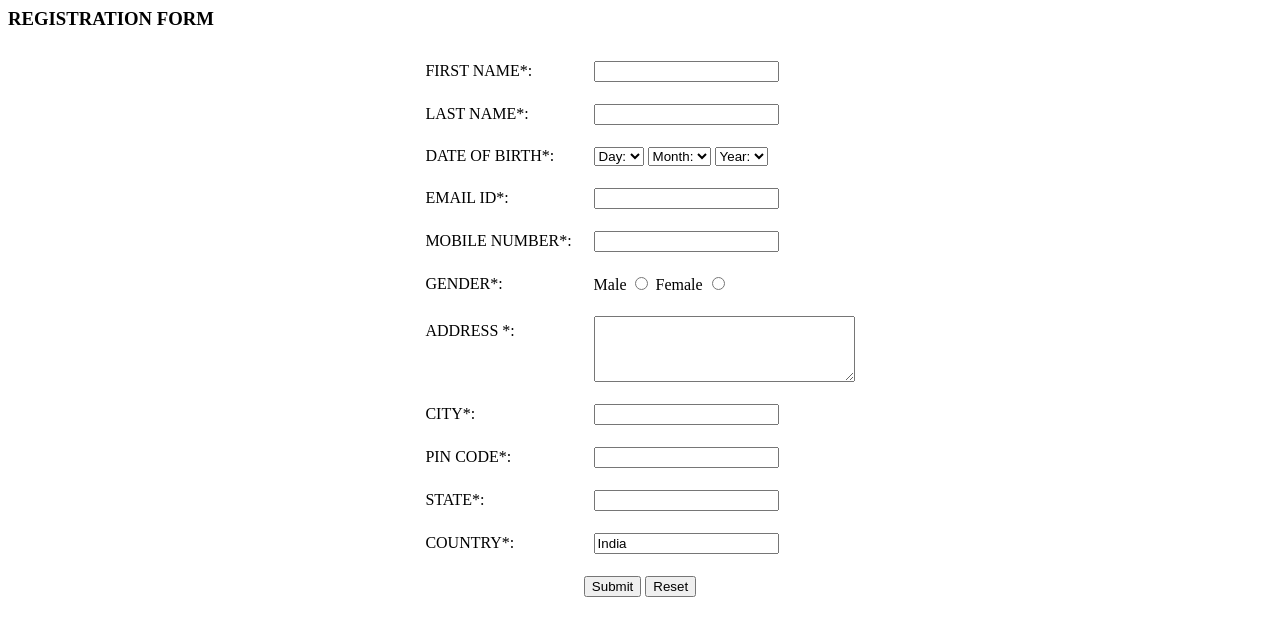
Repository: varshaumeshhs55/ServletProject
Page: LoginRegistrationApp/WebContent/index5.html
These files come from the project's save history. The page is drawn as it stood at one moment and after the next save; the edit follows.
The browser window is 1280 px wide. The pictures show the whole page.

Above is the page before, as saved 2019-01-22 10:49:40.

### LoginRegistrationApp/WebContent/index5.html
<html>
<head>
<title>Registration Form</title>

</head>

<body>
<h3>REGISTRATION FORM</h3>


<table align="center" cellpadding = "10">

<!----- First Name ---------------------------------------------------------->
<tr>
<td>FIRST NAME*:</td>
<td><input type="text" name="First_Name" >

</td>
</tr>

<!----- Last Name ---------------------------------------------------------->
<tr>
<td>LAST NAME*:</td>
<td><input type="text" name="Last_Name" >

</td>
</tr>

<!----- Date Of Birth -------------------------------------------------------->
<tr>
<td>DATE OF BIRTH*:</td>

<td>
<select name="Birthday_day" id="Birthday_Day">
<option value="-1">Day:</option>
<option value="1">1</option>
<option value="2">2</option>
<option value="3">3</option>

<option value="4">4</option>
<option value="5">5</option>
<option value="6">6</option>
<option value="7">7</option>
<option value="8">8</option>
<option value="9">9</option>
<option value="10">10</option>
<option value="11">11</option>
<option value="12">12</option>

<option value="13">13</option>
<option value="14">14</option>
<option value="15">15</option>
<option value="16">16</option>
<option value="17">17</option>
<option value="18">18</option>
<option value="19">19</option>
<option value="20">20</option>
<option value="21">21</option>

<option value="22">22</option>
<option value="23">23</option>
<option value="24">24</option>
<option value="25">25</option>
<option value="26">26</option>
<option value="27">27</option>
<option value="28">28</option>
<option value="29">29</option>
<option value="30">30</option>

<option value="31">31</option>
</select>

<select id="Birthday_Month" name="Birthday_Month">
<option value="-1">Month:</option>
<option value="January">Jan</option>
<option value="February">Feb</option>
<option value="March">Mar</option>
<option value="April">Apr</option>
<option value="May">May</option>
<option value="June">Jun</option>
<option value="July">Jul</option>
<option value="August">Aug</option>
<option value="September">Sep</option>
<option value="October">Oct</option>
<option value="November">Nov</option>
<option value="December">Dec</option>
</select>

<select name="Birthday_Year" id="Birthday_Year">

<option value="-1">Year:</option>
<option value="2012">2012</option>
<option value="2011">2011</option>
<option value="2010">2010</option>
<option value="2009">2009</option>
<option value="2008">2008</option>
<option value="2007">2007</option>
<option value="2006">2006</option>
<option value="2005">2005</option>
<option value="2004">2004</option>
<option value="2003">2003</option>
<option value="2002">2002</option>
<option value="2001">2001</option>
<option value="2000">2000</option>

<option value="1999">1999</option>
<option value="1998">1998</option>
<option value="1997">1997</option>
<option value="1996">1996</option>
<option value="1995">1995</option>
<option value="1994">1994</option>
<option value="1993">1993</option>
<option value="1992">1992</option>
<option value="1991">1991</option>
<option value="1990">1990</option>

<option value="1989">1989</option>
<option value="1988">1988</option>
<option value="1987">1987</option>
<option value="1986">1986</option>
<option value="1985">1985</option>
<option value="1984">1984</option>
<option value="1983">1983</option>
<option value="1982">1982</option>
<option value="1981">1981</option>
<option value="1980">1980</option>
</select>
</td>
</tr>

<!----- Email Id ---------------------------------------------------------->
<tr>
<td>EMAIL ID*:</td>
<td><input type="text" name="Email_Id"></td>
</tr>

<!----- Mobile Number ---------------------------------------------------------->
<tr>
<td>MOBILE NUMBER*:</td>
<td>
<input type="text" name="Mobile_Number">

</td>
</tr>

<!----- Gender ----------------------------------------------------------->
<tr>
<td>GENDER*:</td>
<td>
Male <input type="radio" name="Gender" value="Male" />
Female <input type="radio" name="Gender" value="Female" />
</td>
</tr>

<!----- Address ---------------------------------------------------------->
<tr>
<td>ADDRESS *:<br /><br /><br /></td>
<td><textarea name="Address" rows="4" cols="30"></textarea></td>
</tr>

<!----- City ---------------------------------------------------------->
<tr>
<td>CITY*:</td>
<td><input type="text" name="City" >

</td>
</tr>

<!----- Pin Code ---------------------------------------------------------->
<tr>
<td>PIN CODE*:</td>
<td><input type="text" name="Pin_Code">

</td>
</tr>

<!----- State ---------------------------------------------------------->
<tr>
<td>STATE*:</td>
<td><input type="text" name="State">

</td>
</tr>

<!----- Country ---------------------------------------------------------->
<tr>
<td>COUNTRY*:</td>
<td><input type="text" name="Country" value="India" readonly="readonly" /></td>
</tr>


<!----- Submit and Reset ------------------------------------------------->
<tr>
<td colspan="2" align="center">
<input type="submit" value="Submit">
<input type="reset" value="Reset">
</td>
</tr>
</table>

</form>

</body>
</html>

After the next save:
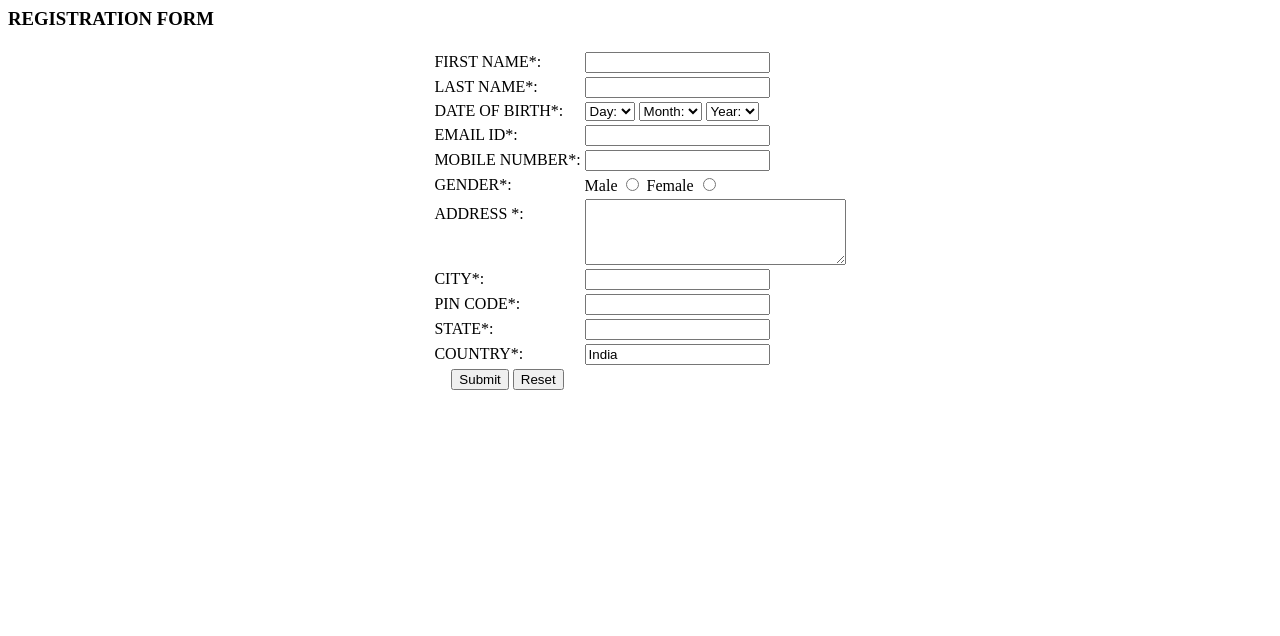
Saved 75 s later.
--- a/LoginRegistrationApp/WebContent/index5.html
+++ b/LoginRegistrationApp/WebContent/index5.html
@@ -8,7 +8,7 @@
 <h3>REGISTRATION FORM</h3>
 
 
-<table align="center" cellpadding = "10">
+<table align="center">
 
 <!----- First Name ---------------------------------------------------------->
 <tr>
@@ -191,7 +191,7 @@ Female <input type="radio" name="Gender" value="Female" />
 
 <!----- Submit and Reset ------------------------------------------------->
 <tr>
-<td colspan="2" align="center">
+<td align="center">
 <input type="submit" value="Submit">
 <input type="reset" value="Reset">
 </td>
